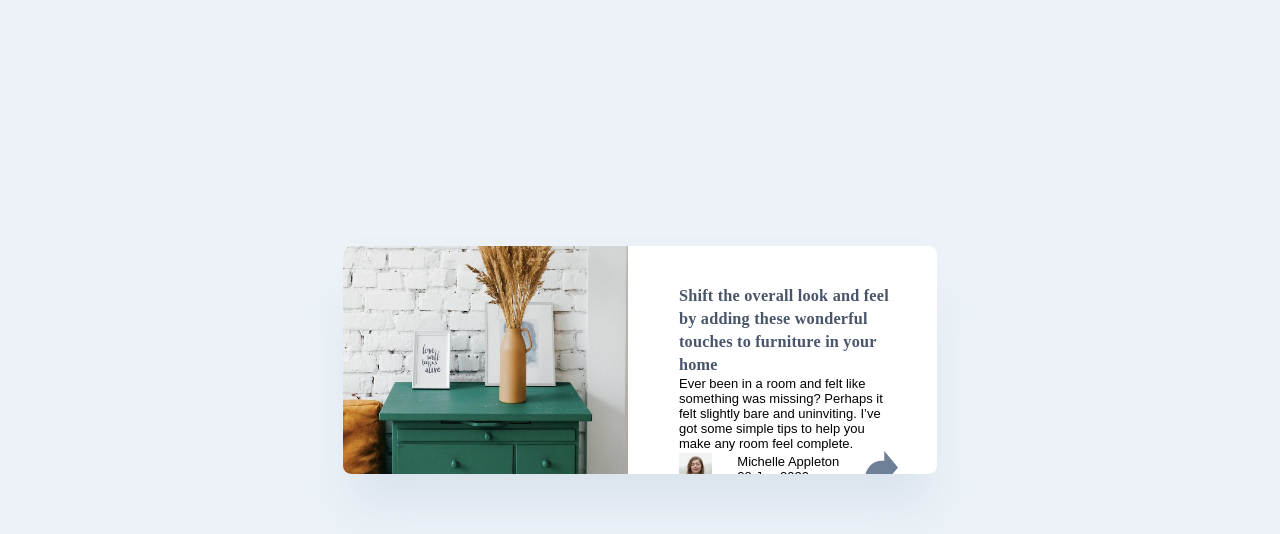
Repository: brandontaylor1/article-preview-component
Page: index.html
An editor plug-in stored every save of this project. The page is shown before and after the next save, followed by the edit.
The browser window is 1280 px wide. The pictures show the whole page.

Above is the page before, as saved 2025-01-13 21:48:24.

### index.html
<!DOCTYPE html>
<html lang="en">
<head>
    <meta charset="UTF-8">
    <meta name="viewport" content="width=device-width, initial-scale=1.0">
    <link rel="stylesheet" href="styles.css">
    <title>Article Preview Component</title>
</head>
<body>

    <div class="container">
        <main class="component">
            <div class="img-container">
                <img src="./assets/images/drawers.jpg" alt="Image of Drawers">
            </div>
            <div class="component-content">
                <h2>Shift the overall look and feel by adding these wonderful touches to furniture in your home</h2>
                <p>Ever been in a room and felt like something was missing? Perhaps it felt slightly bare and uninviting. I’ve got some simple tips to help you make any room feel complete.</p>
                <div class="social-box">
                    <img src="./assets/images/avatar-michelle.jpg" alt="Picture of User Michelle">
                    <div class="social-info">
                        <p>Michelle Appleton</p>
                        <p>28 Jun 2020</p>
                    </div>
                    <div class="share-btn">
                        <img src="./assets/images/icon-share.svg" alt="Share Icon">
                    </div>
                </div>
            </div>
        </main>
    </div>

    <script src="index.js"></script>
</body>
</html>

### styles.css
* {
    margin: 0;
    padding: 0;
    box-sizing: border-box;
}

:root {
    /* COLORS */
    --dark-grayish-blue: hsl(217, 19%, 35%);
    --desaturated-dark-blue: hsl(214, 17%, 51%);
    --grayish-blue: hsl(212, 23%, 69%);
    --light-grayish-blue: hsl(210, 46%, 95%);
}

html {
    font-size: 13px;
}

body {
    font-family: 'Nunito', sans-serif;
    background-color: var(--light-grayish-blue);
}

.container {
    height: 100vh;
    display: flex;
    justify-content: center;
    align-items: center;

}

.component {
    width: 45.625rem;
    height: 17.5rem;
    flex-shrink: 0;
    display: grid;
    grid-template-columns: 1fr 1fr;
    grid-template-rows: 1fr;
    border-radius: 0.625rem;
    background: #FFF;
    box-shadow: 0px 40px 40px -10px rgba(201, 213, 225, 0.50);
    overflow: hidden;
}

.img-container {
    width: 21.87rem;
}

.img-container img {
    width: 100%;
    height: 100%;
    border-radius: 0.625rem 0 0 0.625rem;
}

.component-content {
    width: 22.8125rem;
    padding: 3rem;
    flex-grow: 1;
}

.component-content h2 {
    color: #48556A;
    font-family: Manrope;
    font-size: 1.25rem;
    font-style: normal;
    font-weight: 700;
    line-height: 1.75rem; /* 140% */
    letter-spacing: 0.01563rem;
    width: 100%;
}

.social-box {
    display: flex;
    justify-content: space-between;
    align-items: center;
    width: 100%;
}

.social-box img {
    width: 2.5rem;
    height: 2.5rem;
}

Loaded but not shown: index.js (no stored copy; drawn as an empty file)

After the next save:
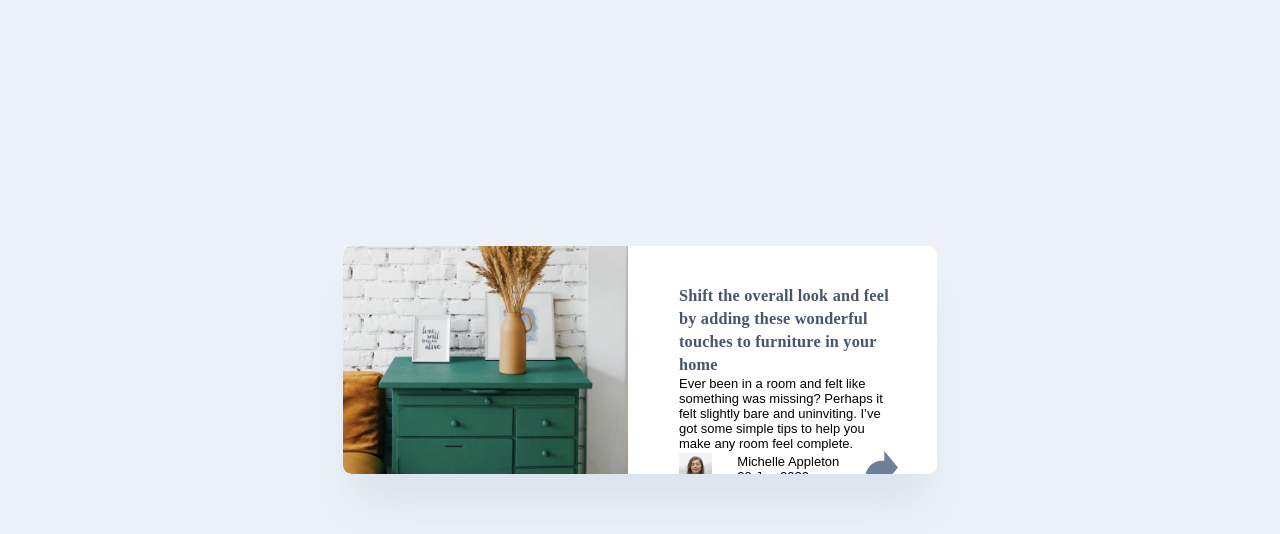
Saved 16 s later.
--- a/styles.css
+++ b/styles.css
@@ -48,7 +48,7 @@ body {
 
 .img-container img {
     width: 100%;
-    height: 100%;
+    height: auto;
     border-radius: 0.625rem 0 0 0.625rem;
 }
 
